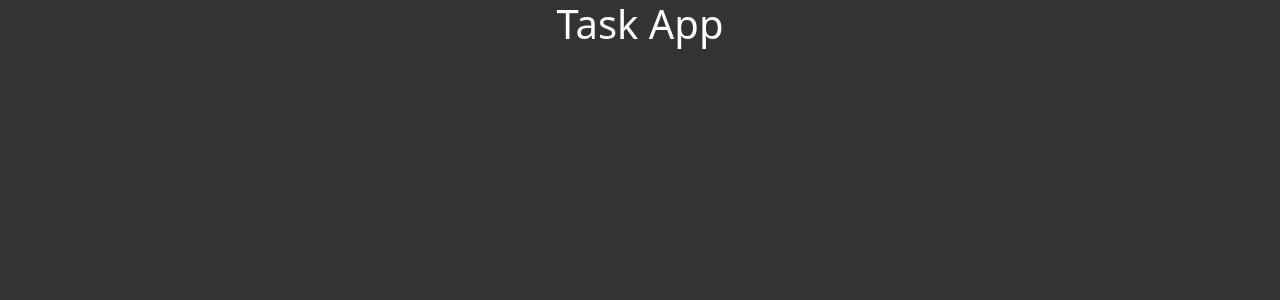
Repository: lomelo-x/Task-App
Page: /
The author's editor kept a copy of each file at every save. The page is drawn from the files as they stood at one save, then again after a run of saves.
The browser window is 1280 px wide. The pictures show the whole page.
The project was rebuilt for these pictures with package versions that can differ from the ones it lists, and the page was loaded fresh each time.

Above is the page before, as saved 2022-06-25 00:02:27.

### src/App.js
import React, { useState } from 'react';
import 'bootstrap/dist/css/bootstrap.min.css';
import { FontAwesomeIcon } from '@fortawesome/react-fontawesome';
import { faCircle, faPen, faTrashCan } from '@fortawesome/free-solid-svg-icons';

import './App.css';

function App() {
	return (
		<div className="App">
			<header className="App-header">
				<h1>Task App</h1>
			</header>
		</div>
	);
}

export default App;

### src/App.css
body {
	background-color: #333;
	color: #fff;
}

.App {
	text-align: center;
}

Loaded but not shown: public/index.html (common file); src/index.js (common file); src/index.css (common file); src/reportWebVitals.js (common file)

After the next 3 saves:
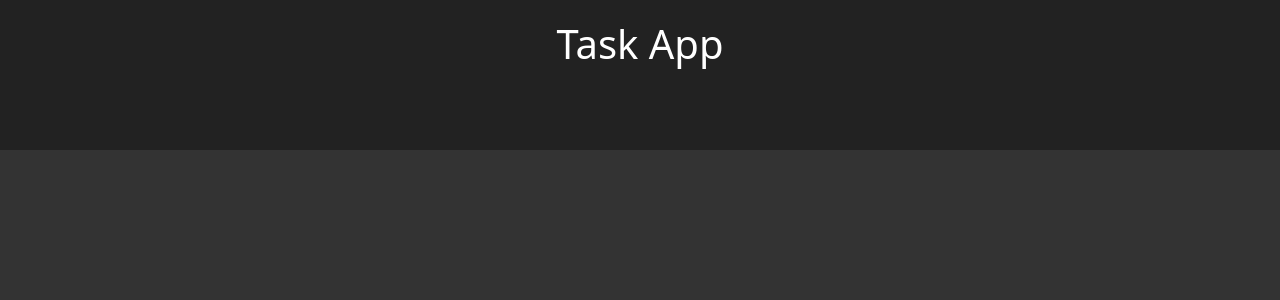
The 3 saves are shown as one change because they came seconds apart.
The last was saved 25 s later.
--- a/src/App.css
+++ b/src/App.css
@@ -3,6 +3,13 @@
 	color: #fff;
 }
 
+.App-header {
+  background-color: #222;
+  height: 150px;
+  padding: 20px;
+  text-align: center;
+}
+
 .App {
 	text-align: center;
 }

After the save that followed:
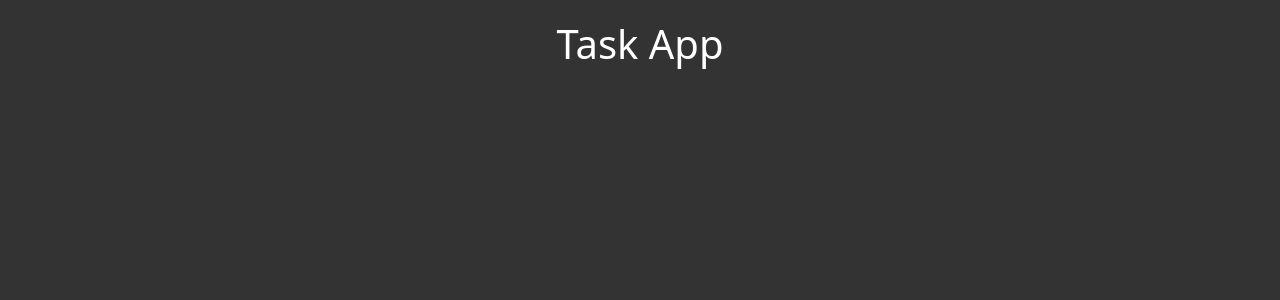
Saved 9 s later.
--- a/src/App.css
+++ b/src/App.css
@@ -4,7 +4,6 @@
 }
 
 .App-header {
-  background-color: #222;
   height: 150px;
   padding: 20px;
   text-align: center;
